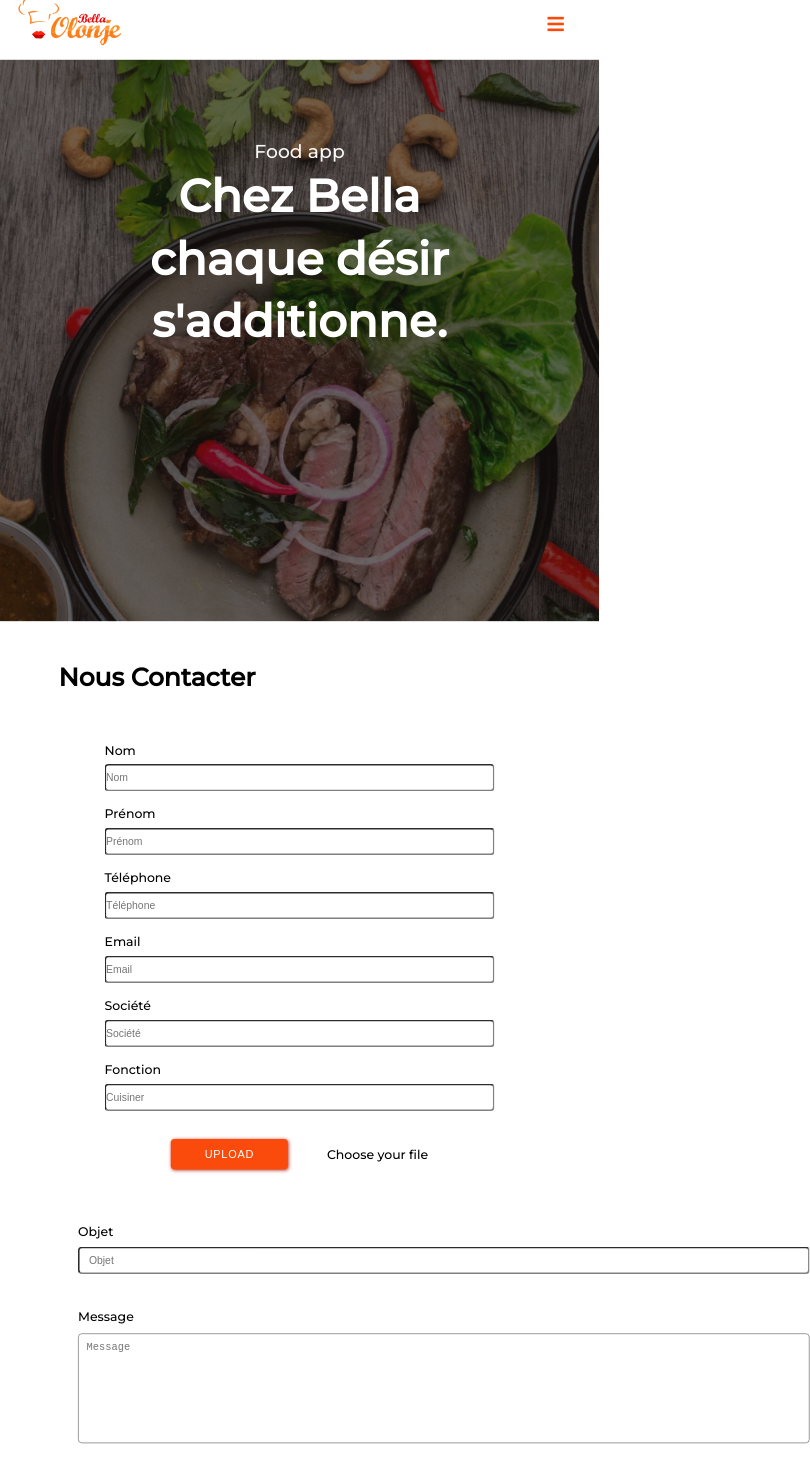
Repository: sisilass31/bella-olonje
Page: html/contact.html
The author's editor kept a copy of each file at every save. The page is drawn from the files as they stood at one save, then again after the next save.
The browser window is 768 px wide. The page is 1038 px wide, so the pictures cover 1038 px, including what lies to the right of the window. The pictures show the part of the page from y = 26 to 1926 px (the page is 2549 px tall before and 2525 px after), at 78% of full size.
Pictures or frames that could not be fetched are drawn as grey boxes. Some web libraries are served in a nearby version.

Above is the page before, as saved 2023-02-15 10:19:35.

After the next save:
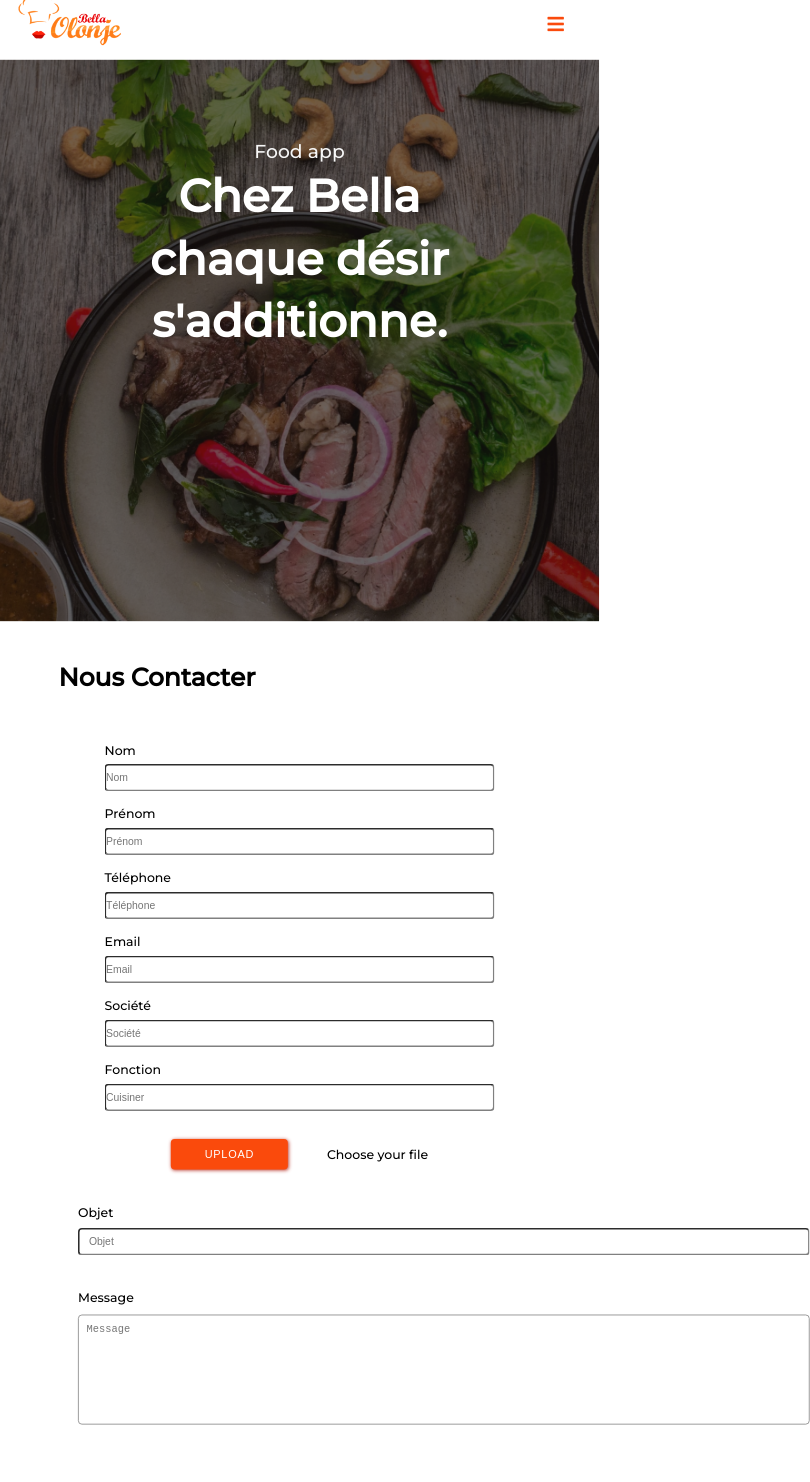
Saved 16 s later.
--- a/css/contact.css
+++ b/css/contact.css
@@ -397,4 +397,27 @@ textarea {
     .div_button {
         padding: 0;
     }
-}
+    .g-recaptcha {
+        padding: 0px 0px 55px 100px;
+        justify-content: center;
+        display: center;
+        display: cente;
+        display: cent;
+        display: cen;
+        display: ce;
+        display: c;
+        align-content: ;
+        margin: auto;
+        margin: inherit;
+        padding: inherit;
+        padding: initial;
+        padding: 5;
+        padding: 5%;
+        padding: 4%;
+        padding: 3%;
+        display: flex;
+        justify-content: center;
+        margin: ;
+        padding: 2%;
+        }
+}
